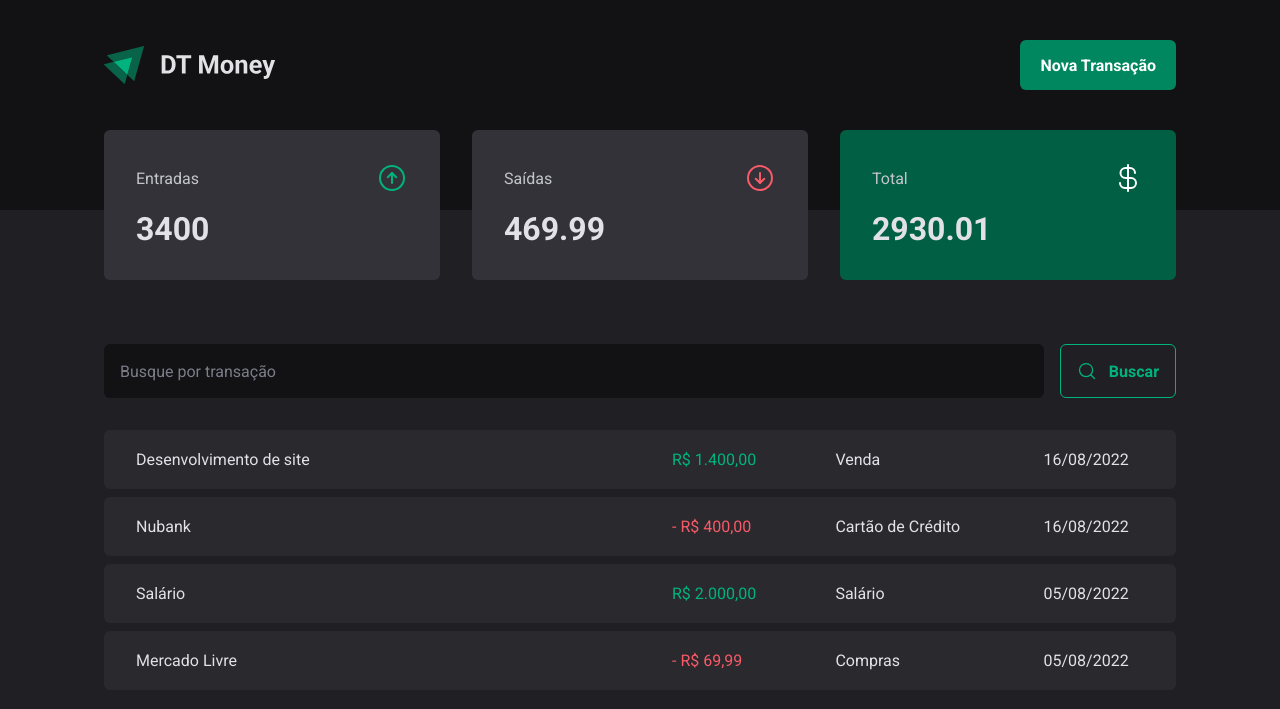
Repository: guilhermecardoso93/dtmoney-reactjs-ignite
Page: /
The author's editor kept a copy of each file at every save. The page is drawn from the files as they stood at one save, then again after the next save.
The browser window is 1280 px wide. The pictures show the whole page.
The project was rebuilt for these pictures with package versions that can differ from the ones it lists, and the page was loaded fresh each time. Requests to the local data server were answered from the project's data file. Also part of the build but not shown: vite.config.ts.

Above is the page before, as saved 2022-08-16 21:23:54.

After the next save:
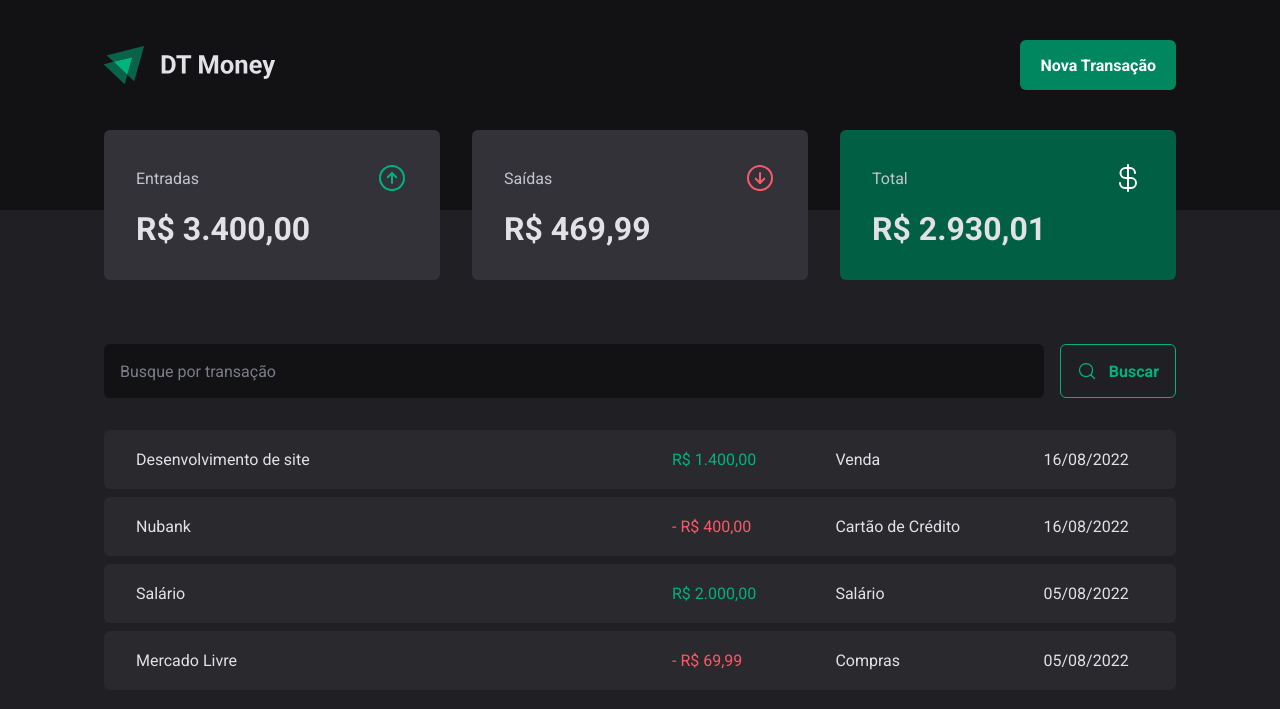
Saved 57 s later.
--- a/src/components/Summary/index.tsx
+++ b/src/components/Summary/index.tsx
@@ -1,6 +1,7 @@
 import { ArrowCircleDown, ArrowCircleUp, CurrencyDollar } from "phosphor-react";
 import { useContext } from "react";
 import { TransactionsContext } from "../../contexts/TransactionsContext";
+import { priceFormatter } from "../../utils/formatter";
 import { SummaryCard, SummaryContainer } from "./styles";
 
 export function Summary() {
@@ -31,21 +32,21 @@ export function Summary() {
           <span>Entradas</span>
           <ArrowCircleUp size={32} color="#00b37e" />
         </header>
-        <strong>{summary.income}</strong>
+        <strong>{priceFormatter.format(summary.income)}</strong>
       </SummaryCard>
       <SummaryCard>
         <header>
           <span>Saídas</span>
           <ArrowCircleDown size={32} color="#f75a68" />
         </header>
-        <strong> {summary.outcome}</strong>
+        <strong> {priceFormatter.format(summary.outcome)}</strong>
       </SummaryCard>
       <SummaryCard variant="green">
         <header>
           <span>Total</span>
           <CurrencyDollar size={32} color="#fff" />
         </header>
-        <strong>{summary.total}</strong>
+        <strong>{priceFormatter.format(summary.total)}</strong>
       </SummaryCard>
     </SummaryContainer>
   );
